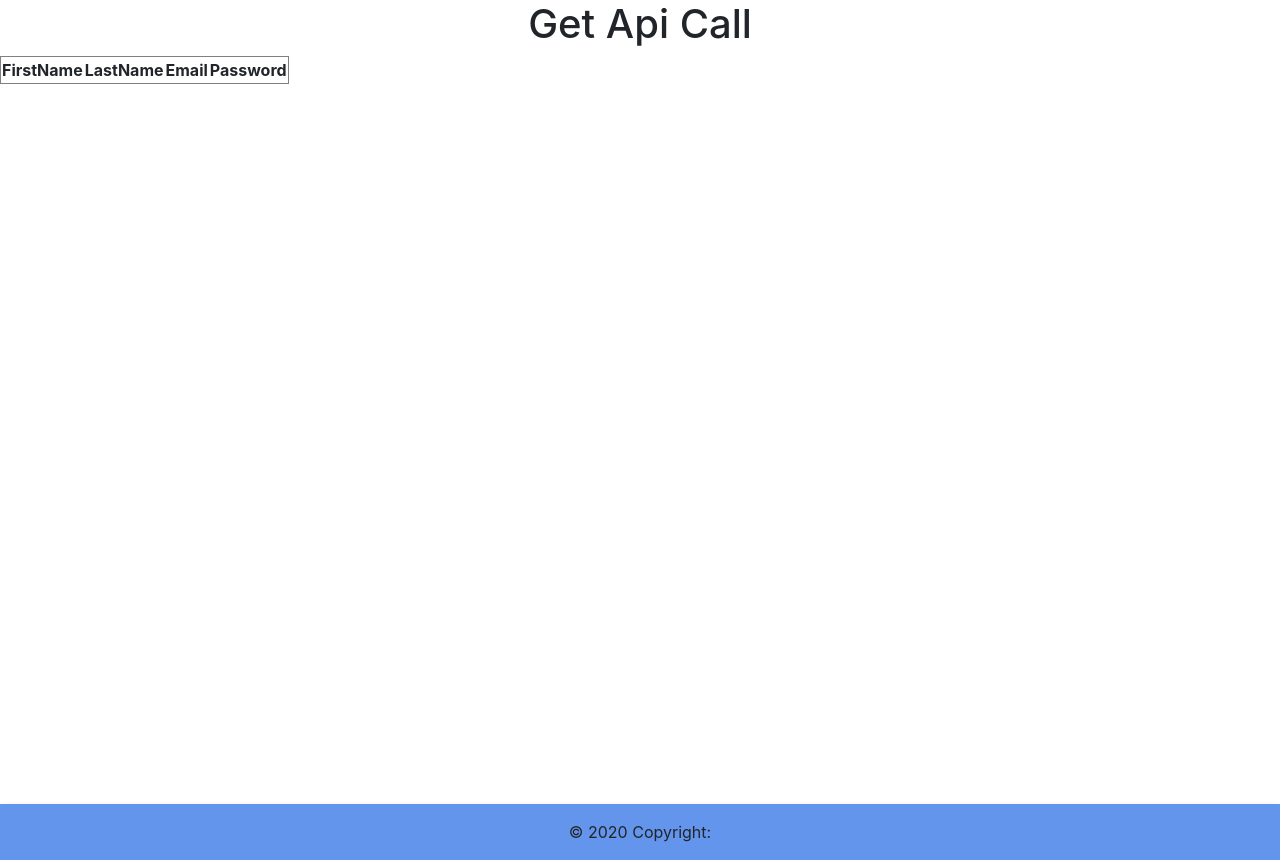
Repository: Sakshamccna/React
Page: /
An editor plug-in stored every save of this project. The page is shown before and after the next save, followed by the edit.
The browser window is 1280 px wide. The pictures show the whole page.
The project was rebuilt for these pictures with package versions that can differ from the ones it lists, and the page was loaded fresh each time.

Above is the page before, as saved 2022-12-27 11:56:27.

### public/index.html
<!DOCTYPE html>
<html lang="en">

<head>
  <meta charset="utf-8" />
  <link rel="icon" href="%PUBLIC_URL%/favicon.ico" />
  <meta name="viewport" content="width=device-width, initial-scale=1" />
  <meta name="theme-color" content="#000000" />
  <meta name="description" content="Web site created using create-react-app" />
  <link rel="apple-touch-icon" href="%PUBLIC_URL%/logo192.png" />
  <!--
      manifest.json provides metadata used when your web app is installed on a
      user's mobile device or desktop. See https://developers.google.com/web/fundamentals/web-app-manifest/
    -->
  <link rel="manifest" href="%PUBLIC_URL%/manifest.json" />
  <link href="https://cdn.jsdelivr.net/npm/bootstrap@5.2.3/dist/css/bootstrap.min.css" rel="stylesheet"
    integrity="sha384-rbsA2VBKQhggwzxH7pPCaAqO46MgnOM80zW1RWuH61DGLwZJEdK2Kadq2F9CUG65" crossorigin="anonymous">
  <!--
      Notice the use of %PUBLIC_URL% in the tags above.
      It will be replaced with the URL of the `public` folder during the build.
      Only files inside the `public` folder can be referenced from the HTML.

      Unlike "/favicon.ico" or "favicon.ico", "%PUBLIC_URL%/favicon.ico" will
      work correctly both with client-side routing and a non-root public URL.
      Learn how to configure a non-root public URL by running `npm run build`.
    -->
  <title>React App</title>
</head>

<body>
  <noscript>You need to enable JavaScript to run this app.</noscript>
  <div id="root"></div>
  <!--
      This HTML file is a template.
      If you open it directly in the browser, you will see an empty page.

      You can add webfonts, meta tags, or analytics to this file.
      The build step will place the bundled scripts into the <body> tag.

      To begin the development, run `npm start` or `yarn start`.
      To create a production bundle, use `npm run build` or `yarn build`.
    -->
</body>
<script src="https://cdn.jsdelivr.net/npm/bootstrap@5.2.3/dist/js/bootstrap.bundle.min.js"
  integrity="sha384-kenU1KFdBIe4zVF0s0G1M5b4hcpxyD9F7jL+jjXkk+Q2h455rYXK/7HAuoJl+0I4" crossorigin="anonymous"></script>

</html>

### src/App.tsx
import React from 'react';
import logo from './logo.svg';
import './App.css';
import { BrowserRouter, Routes, Route } from 'react-router-dom';
import Headers from './Components/Headers';

import Footers from './Components/Footers';
import Sidebar from './Components/Sidebar';
import Home from './Components/Home';
import About from './Components/About';
import SignUp from './Components/SignUp';
import Loginheader from './Components/Loginheader';
import Login from './Components/Login';
import Getapi from './Components/Getapi';

function App() {
  return (
    <div className="App">
      <BrowserRouter>

        <Routes>

          {/* <Route path="/" element={<Loginheader />} >
            <Route path="SignUp" element={<SignUp />} />
            <Route path="/" element={<Login />} />
            <Route path="Login" element={<Login />} />
          </Route>




          <Route path="Sidebar" element={<Sidebar />} >

            <Route path="Home" element={<Home />} />
            <Route path="About" element={<About />} />

          </Route> */}
          <Route path="/" element={<Getapi />} />






        </Routes>

      </BrowserRouter>
      <Footers />



    </div >
  );
}

export default App;

### src/Components/Footers.tsx
import React from 'react'
import "./footer.css"

function Footers() {
    return (
        <footer className="footer ">


            <div className="footer-copyright text-center py-3">© 2020 Copyright:

            </div>



        </footer>
    )
}

export default Footers

### src/Components/Getapi.tsx
import React, { useEffect, useState } from 'react'
import { Outlet, UNSAFE_DataRouterStateContext } from 'react-router-dom';
import { isTemplateExpression } from 'typescript';

const Getapi = () => {
    const [data, setData] = useState<any>([{ "firstName": "sak", "lastName": "sham", "email": "Asdf@gmail.com", "password": null }, { "firstName": "System", "lastName": "Admin", "email": "admin@admin.com", "password": null }, { "firstName": "gdfg", "lastName": "fghdf", "email": "saksham@gmail.com", "password": null }, { "firstName": "System", "lastName": "User", "email": "user@user.com", "password": null }])


    useEffect(() => {
        debugger
        let checkdata = data
    }, [])
    const getData = async () => {
        var requestOptions: any = {
            method: 'GET',
            redirect: 'follow'
        };

        return await fetch("https://localhost:7004/Account/GetUsers", requestOptions)
            .then(response => response.text())
            .then((result: any) => {
                debugger
                //  setData();
                //   let data = [{ "firstName": "sak", "lastName": "sham", "email": "Asdf@gmail.com", "password": null }, { "firstName": "System", "lastName": "Admin", "email": "admin@admin.com", "password": null }, { "firstName": "gdfg", "lastName": "fghdf", "email": "saksham@gmail.com", "password": null }, { "firstName": "System", "lastName": "User", "email": "user@user.com", "password": null }];
                debugger
            })
            .catch(error => console.log('error', error));
    }
    // console.warn(data);
    return (
        <>
            {/* {
                data && data.length > 0 ?
                    data.map((x: any) => {
                        return x
                    }) : ''
            } */}
            <h1> Get Api Call</h1>
            <table border={1}>
                <tbody>

                    <tr>
                        <th>FirstName</th>
                        <th>LastName</th>
                        <th>Email</th>
                        <th>Password</th>
                    </tr>
                    {/* {

                        data.length > 0 ? data.map((item: any) =>

                            <tr>

                                <td>{item.firstName}</td>
                                <td>{item.lastName}</td>
                                <td>{item.email}</td>
                                <td>{item.password}</td>
                            </tr>

                        ) : ''
                    } */}

                </tbody>




            </table>
            <Outlet />
        </>
    )
}

export default Getapi

### src/Components/footer.css
.footer {
    margin-top: 100vh;
    box-shadow: 0 2px 5px 0 rgb(0 0 0 / 5%), 0 2px 10px 0 rgb(0 0 0 / 5%);
    background-color: #6495ED;
}

Loaded but not shown: src/index.tsx (common file); src/index.css (common file); src/reportWebVitals.ts (common file); src/App.css (common file)

After the next save:
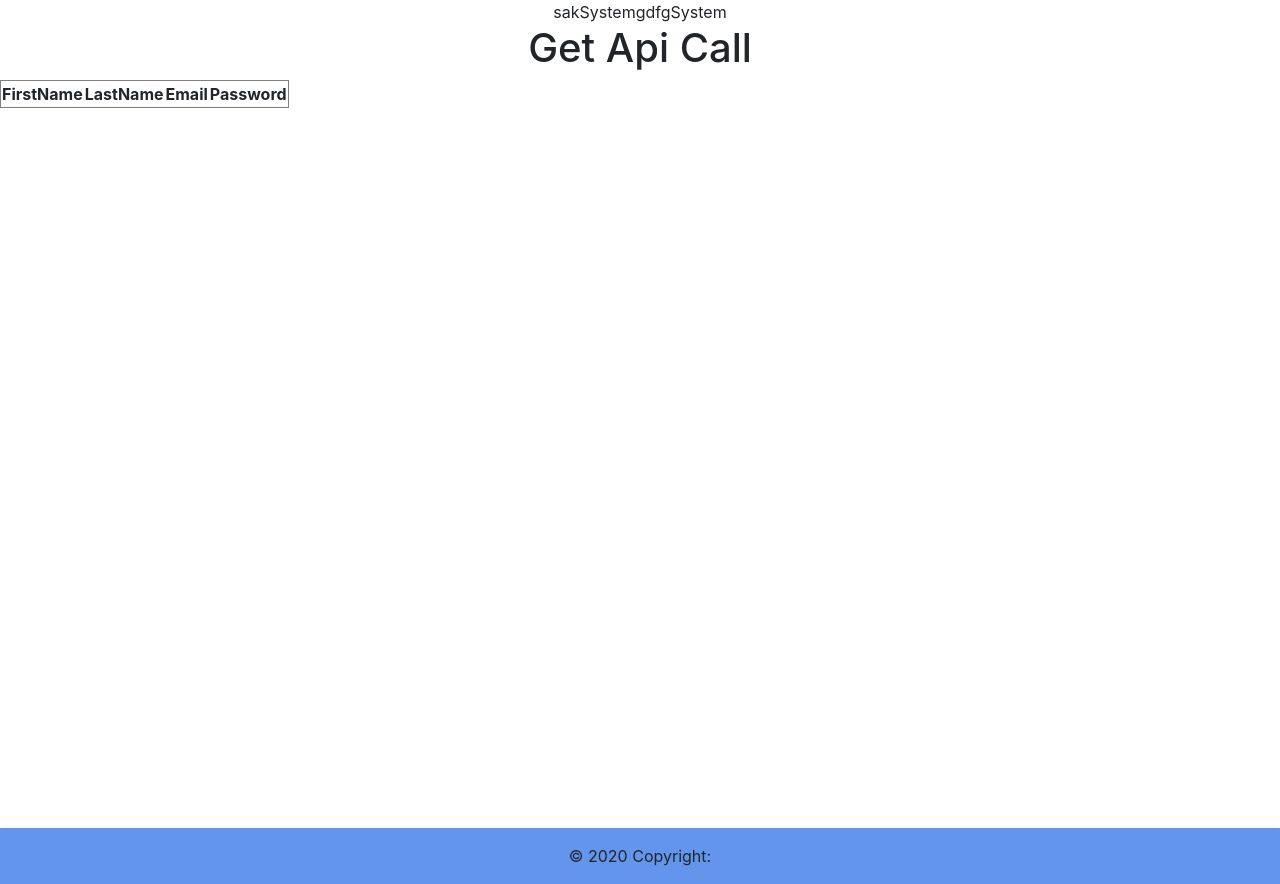
Saved 87 s later.
--- a/src/Components/Getapi.tsx
+++ b/src/Components/Getapi.tsx
@@ -29,12 +29,7 @@
     // console.warn(data);
     return (
         <>
-            {/* {
-                data && data.length > 0 ?
-                    data.map((x: any) => {
-                        return x
-                    }) : ''
-            } */}
+            {data?.map((x: any) => x.firstName)}
             <h1> Get Api Call</h1>
             <table border={1}>
                 <tbody>

After the save that followed:
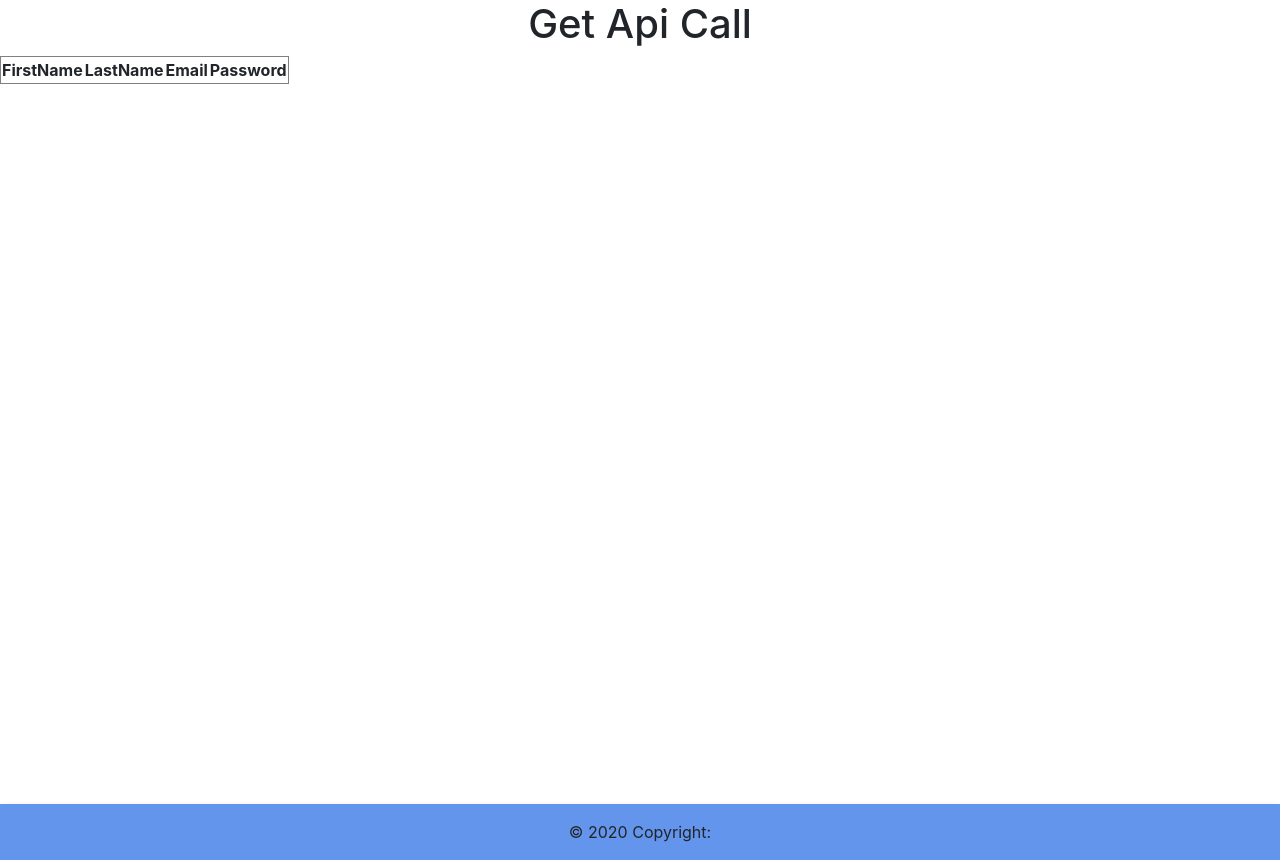
Saved 41 s later.
--- a/src/Components/Getapi.tsx
+++ b/src/Components/Getapi.tsx
@@ -29,7 +29,7 @@
     // console.warn(data);
     return (
         <>
-            {data?.map((x: any) => x.firstName)}
+            {data?.map((x: any) => { x.firstName })}
             <h1> Get Api Call</h1>
             <table border={1}>
                 <tbody>
